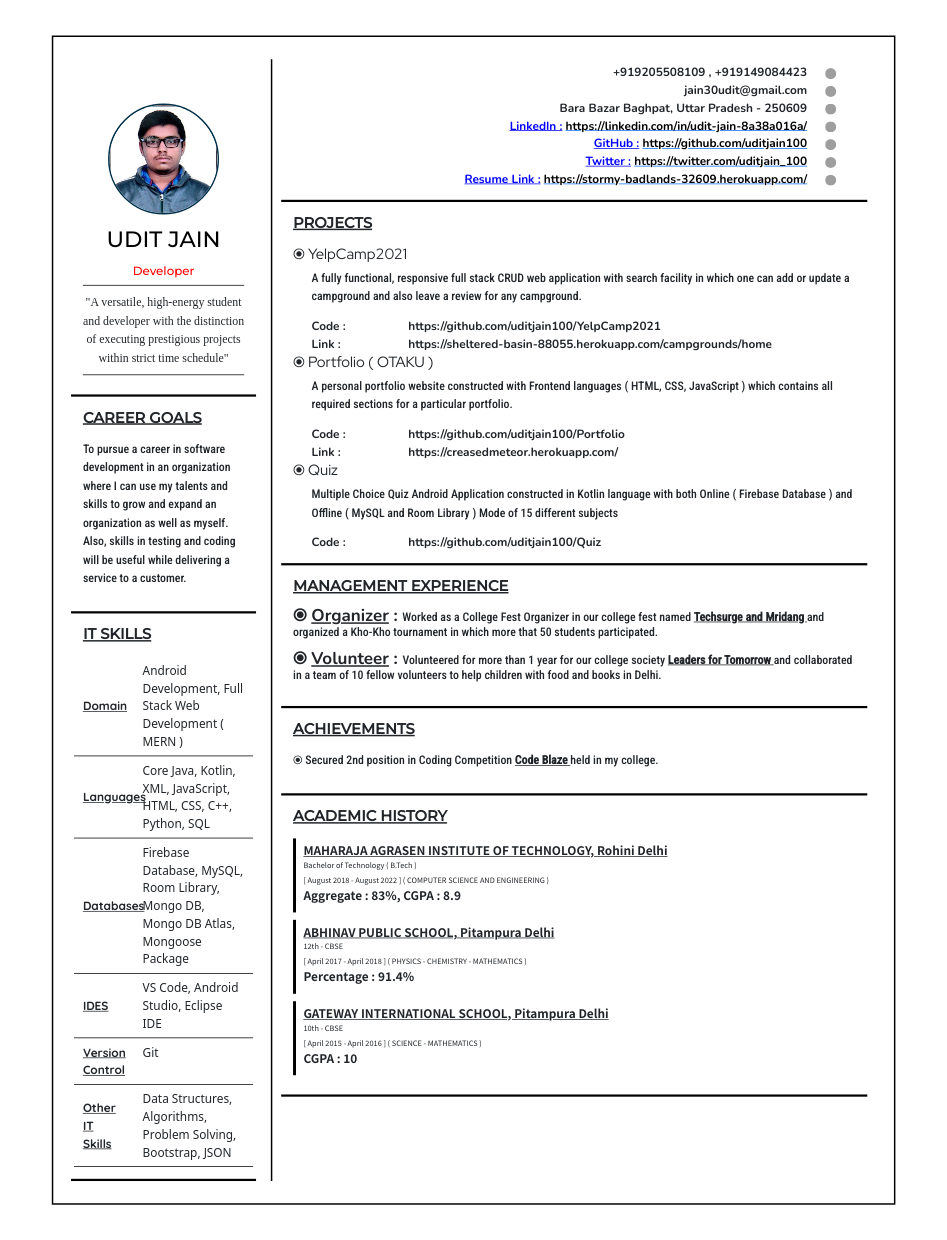
Repository: uditjain100/Resume
Page: app.html
The author's editor kept a copy of each file at every save. The page is drawn from the files as they stood at one save, then again after the next save.
The browser window is 1280 px wide. The pictures show the whole page, at 74% of full size.
Pictures or frames that could not be fetched are drawn as grey boxes. Some web fonts or font styles are not loaded; a fallback is used.

Above is the page before, as saved 2021-05-27 19:08:21.

After the next save:
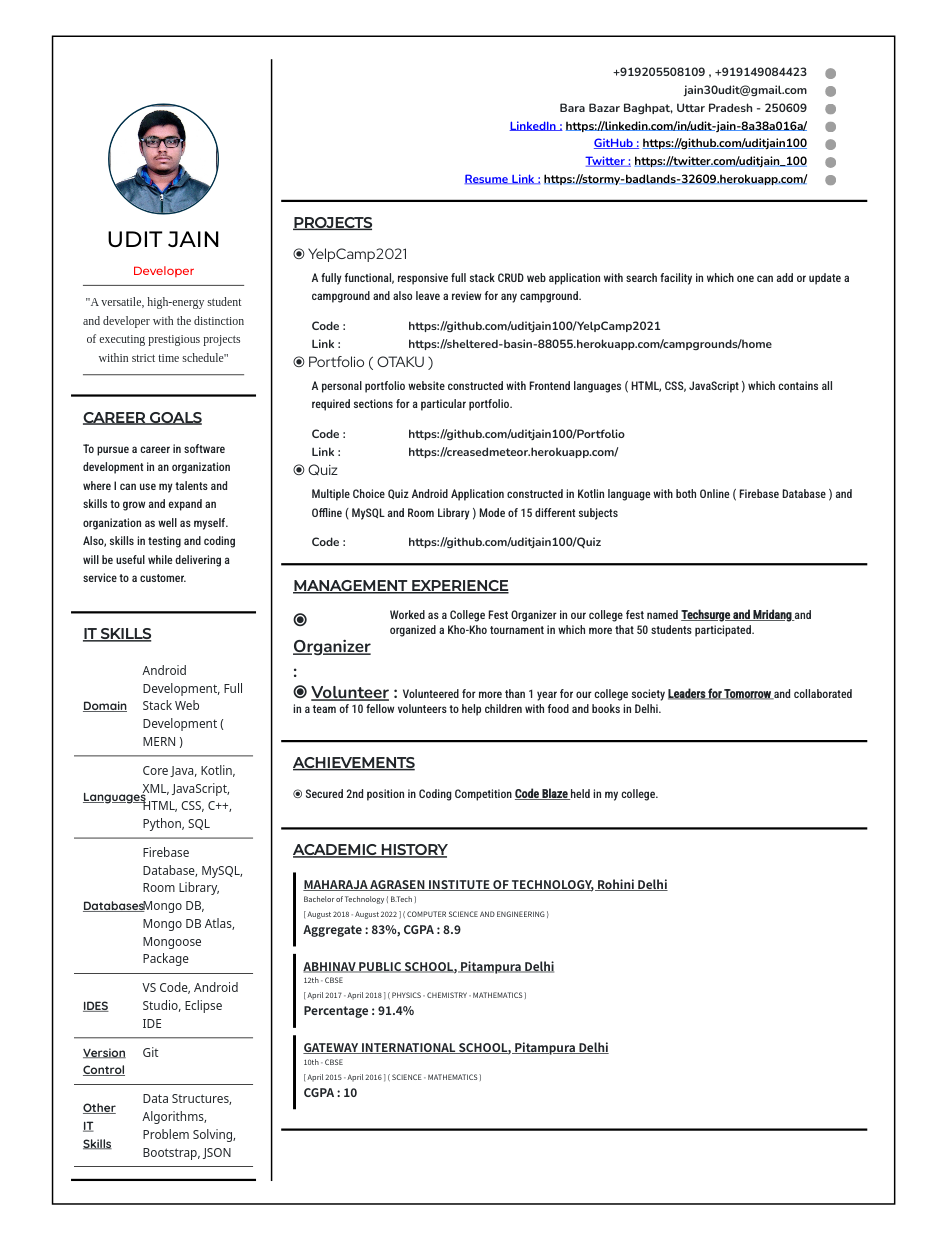
Saved 97 s later.
--- a/app.html
+++ b/app.html
@@ -326,9 +326,9 @@
 				<article class="card-body" id="managementskillsbox">
 					<h3 class="card-title">MANAGEMENT EXPERIENCE</h3>
 					<ul class="list-group">
-						<li id="managementskillsitem">
-							<p>
-								<span id="tag">⦿ <span>Organizer</span> : </span>
+						<li id="managementskillsitem" class="row">
+							<span id="tag" class="col-2">⦿ <span>Organizer</span> : </span>
+							<p class="col-10">
 								Worked as a College Fest Organizer in our college fest named
 								<span style="font-weight: 700; text-decoration: underline"
 									>Techsurge and Mridang
